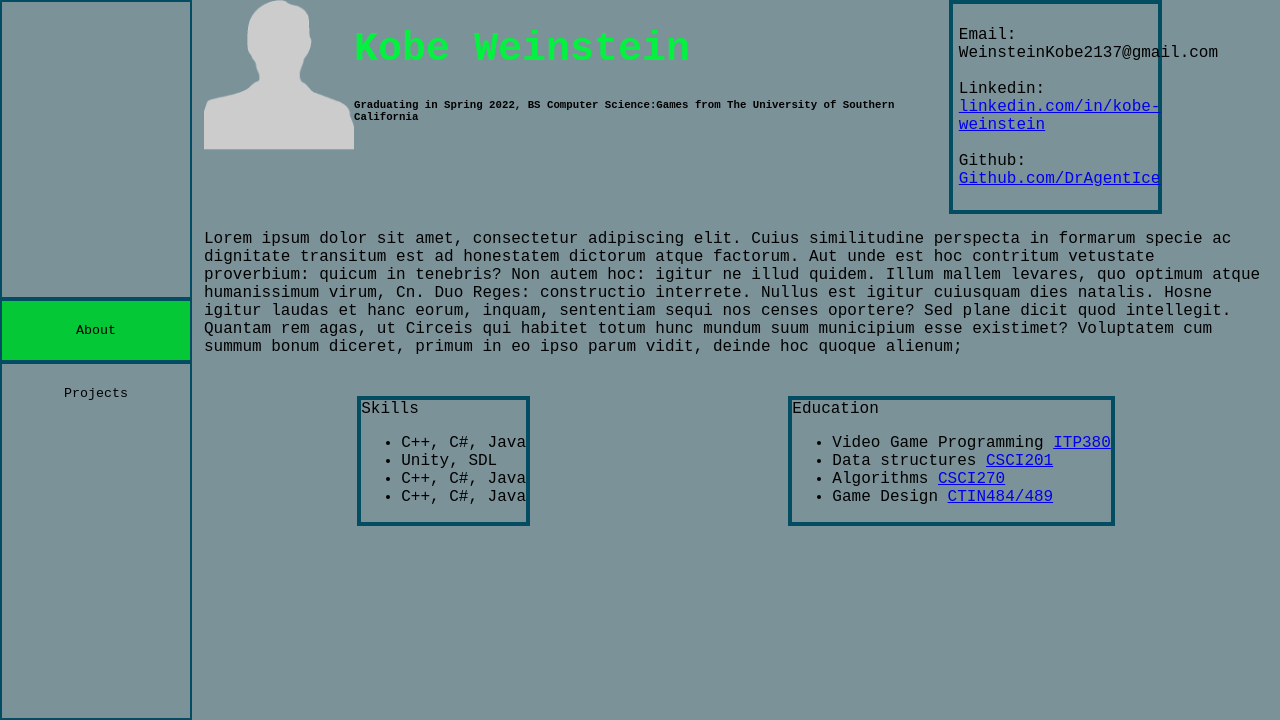
Repository: DrAngentIce/Kobe.Weinstein
Page: PortfollioSite/WebContent/Index.html
The author's editor kept a copy of each file at every save. The page is drawn from the files as they stood at one save, then again after the next save.
The browser window is 1280 px wide. The pictures show the whole page.

Above is the page before, as saved 2021-01-15 04:36:29.

After the next save:
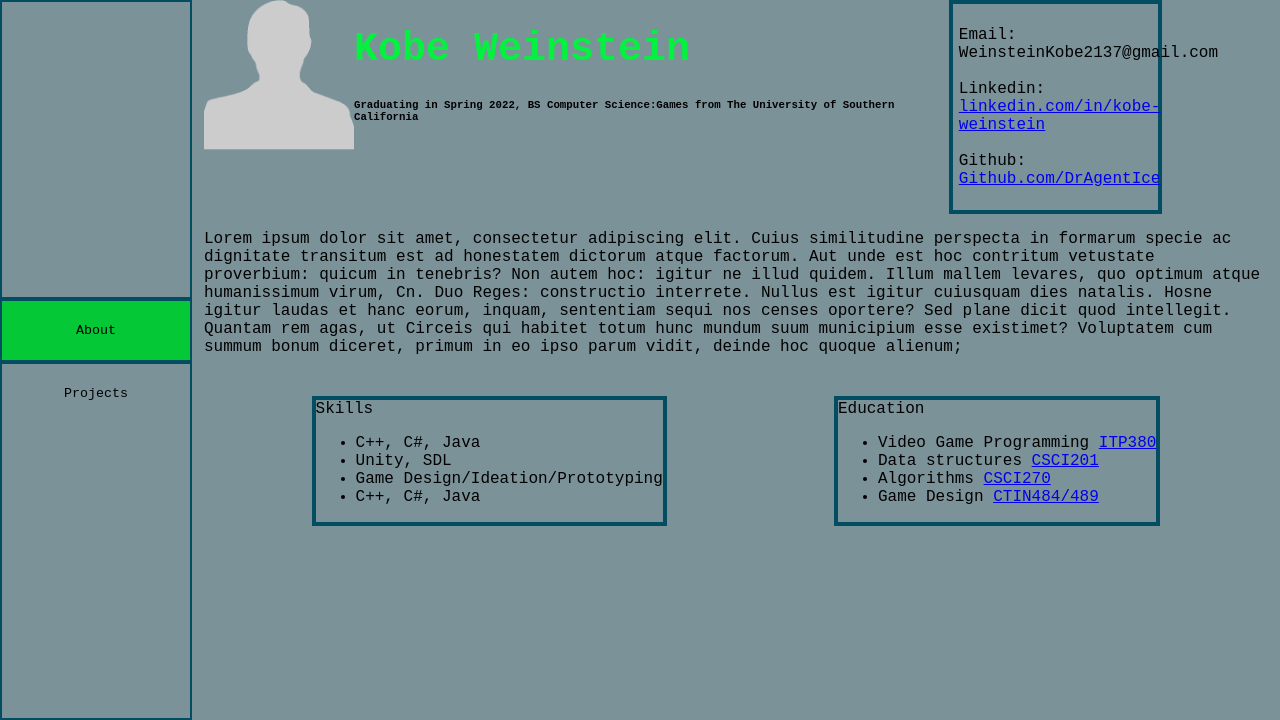
Saved 6 s later.
--- a/PortfollioSite/WebContent/Index.html
+++ b/PortfollioSite/WebContent/Index.html
@@ -239,7 +239,7 @@ function openProject(evt, projectName)
 	<ul>
 	<li>C++, C#, Java</li>
 	<li>Unity, SDL</li>
-	<li>C++, C#, Java</li>
+	<li>Game Design/Ideation/Prototyping</li>
 	<li>C++, C#, Java</li>
 	</ul>
 	</div>
